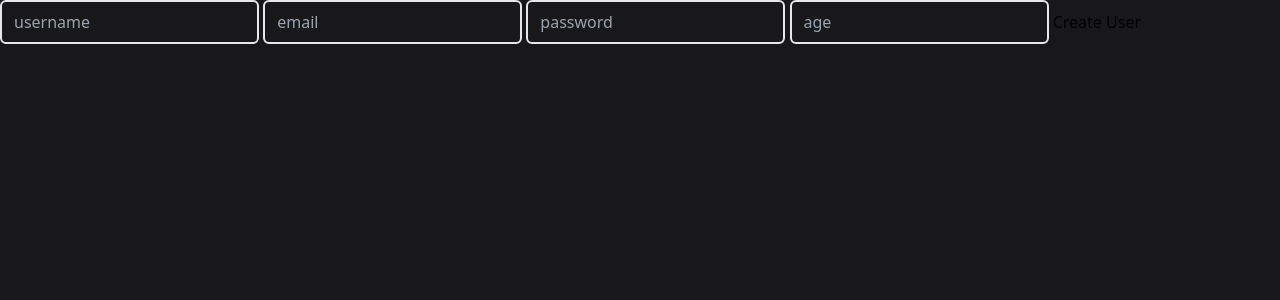
Repository: sulabh5911/login-Page
Page: http://localhost/
The author's editor kept a copy of each file at every save. The page is drawn from the files as they stood at one save, then again after a run of saves.
The browser window is 1280 px wide. The pictures show the whole page.
Some web libraries are served in a nearby version. The page is served by the project's Node server (app.js).

Above is the page before, as saved 2024-08-28 15:20:13.

After the next 2 saves:
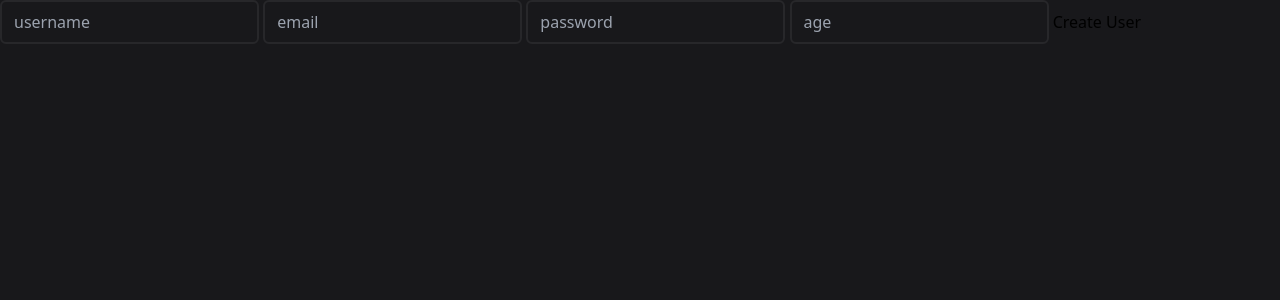
The 2 saves are shown as one change because they came seconds apart.
The last was saved 25 s later.
--- a/views/index.ejs
+++ b/views/index.ejs
@@ -9,10 +9,10 @@
 <body>
     <div class="w-full h-screen bg-zinc-900">
         <form method="post" action="">
-            <input class="px-3 py-2 rounded-md bg-transparent border-2 " type="text" placeholder="username" name="username">
-            <input class="px-3 py-2 rounded-md bg-transparent border-2 " type="email" placeholder="email" name="email">
-            <input class="px-3 py-2 rounded-md bg-transparent border-2 " type="password" placeholder="password" name="password">
-            <input class="px-3 py-2 rounded-md bg-transparent border-2 " type="number" placeholder="age" name="age">
+            <input class="px-3 py-2 rounded-md bg-transparent border-2 border-zinc-800" type="text" placeholder="username" name="username">
+            <input class="px-3 py-2 rounded-md bg-transparent border-2 border-zinc-800" type="email" placeholder="email" name="email">
+            <input class="px-3 py-2 rounded-md bg-transparent border-2 border-zinc-800" type="password" placeholder="password" name="password">
+            <input class="px-3 py-2 rounded-md bg-transparent border-2 border-zinc-800" type="number" placeholder="age" name="age">
             <input type="submit" value="Create User">
         </form>
     </div>
